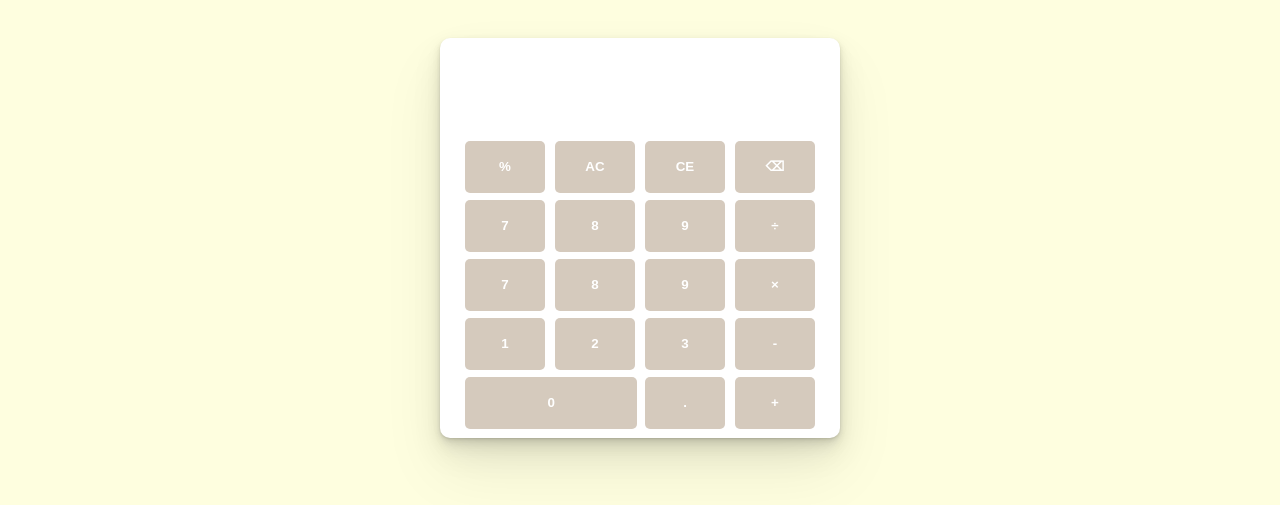
Repository: JeongminHW/Web_study
Page: HTML/myHTML/src/main/webapp/project/calculator.html
The author's editor kept a copy of each file at every save. The page is drawn from the files as they stood at one save, then again after the next save.
The browser window is 1280 px wide. The pictures show the whole page.

Above is the page before, as saved 2024-07-12 03:03:15.

After the next save:
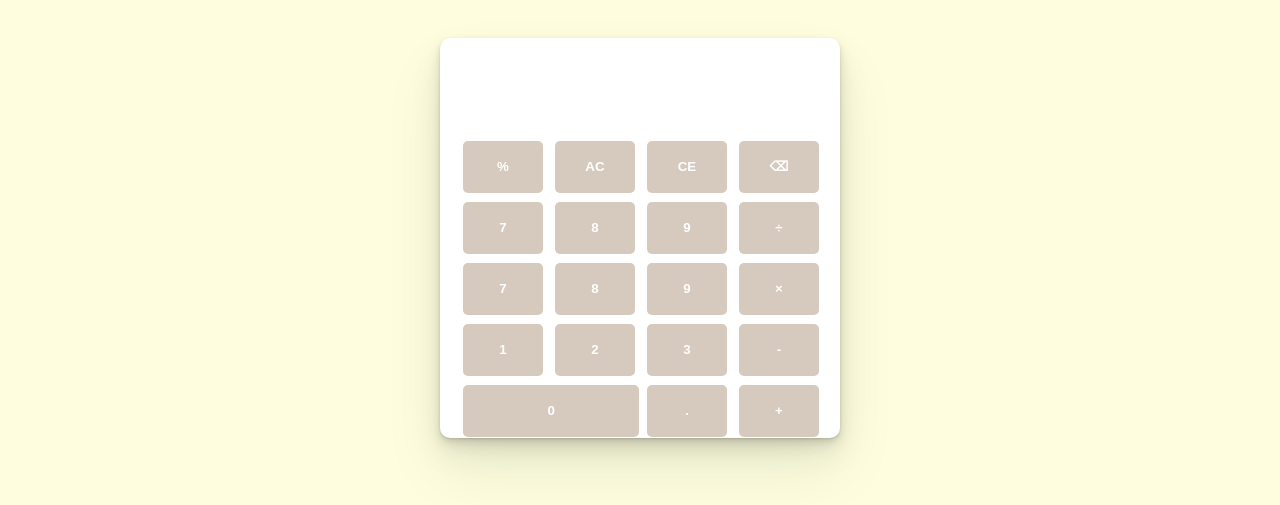
Saved 16 s later.
--- a/HTML/myHTML/src/main/webapp/project/style.css
+++ b/HTML/myHTML/src/main/webapp/project/style.css
@@ -50,7 +50,7 @@
 	border: none;
 	transition: all 0.2s;
 	border-radius: 5px;
-	margin: 0px 3px 3px 3px;
+	margin: 0px 3px 5px 5px;
 }
 
 #zero {

After the save that followed:
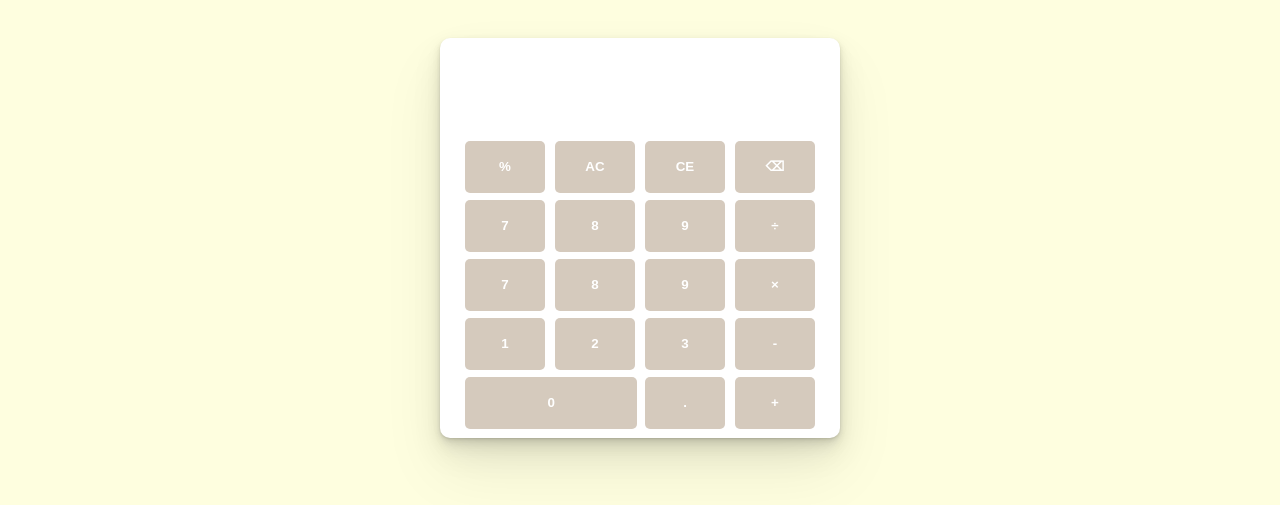
Saved 16 s later.
--- a/HTML/myHTML/src/main/webapp/project/style.css
+++ b/HTML/myHTML/src/main/webapp/project/style.css
@@ -50,7 +50,7 @@
 	border: none;
 	transition: all 0.2s;
 	border-radius: 5px;
-	margin: 0px 3px 5px 5px;
+	margin: 0px 3px 3px 3px;
 }
 
 #zero {
